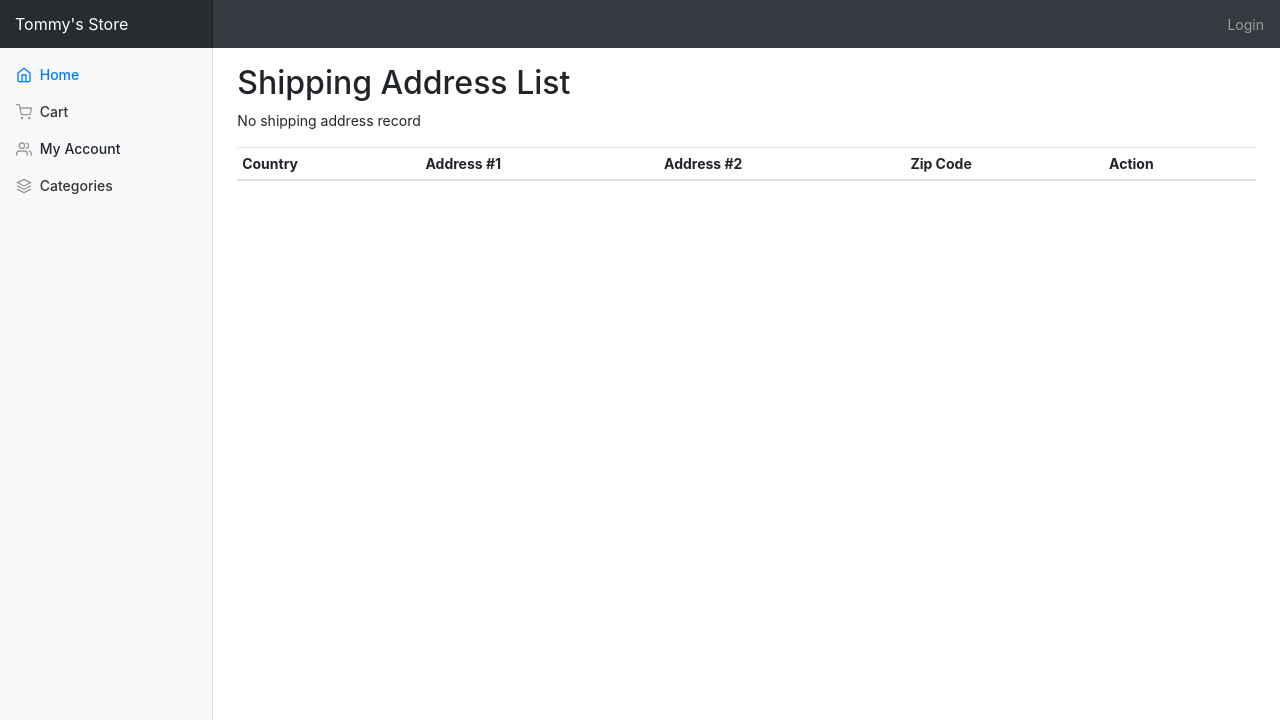
Repository: jlpduqueza/tommystore
Page: http://localhost/tommystore/WEB-INF/jsp/user-shippingaddress-view.jsp
The author's editor kept a copy of each file at every save. The page is drawn from the files as they stood at one save, then again after the next save.
The browser window is 1280 px wide. The pictures show the whole page.
The page is served by Tomcat 9. Nobody is signed in. The template is opened directly, without the code that normally fills it, so the values that code supplies are empty.

Above is the page before, as saved 2019-10-18 05:09:43.

After the next save:
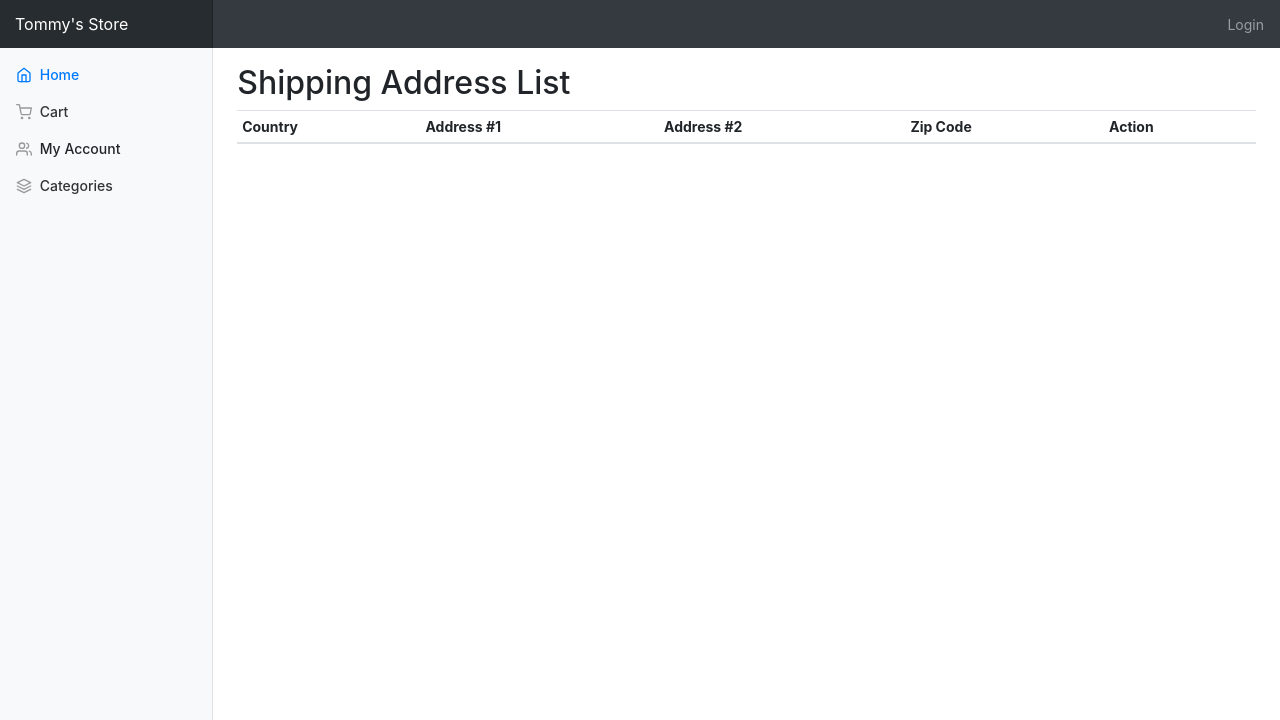
Saved 14 s later.
--- a/tommystore/WebContent/WEB-INF/jsp/user-shippingaddress-view.jsp
+++ b/tommystore/WebContent/WEB-INF/jsp/user-shippingaddress-view.jsp
@@ -42,7 +42,7 @@
 					</div>
 				</c:when>
 			</c:choose>
-			<p class="tableEmptyMessage">No shipping address record</p>
+			<p class="tableEmptyMessage" style="display:none;">No shipping address record</p>
           <div class="table-responsive">
             <table class="table table-striped table-sm">
               <thead>
